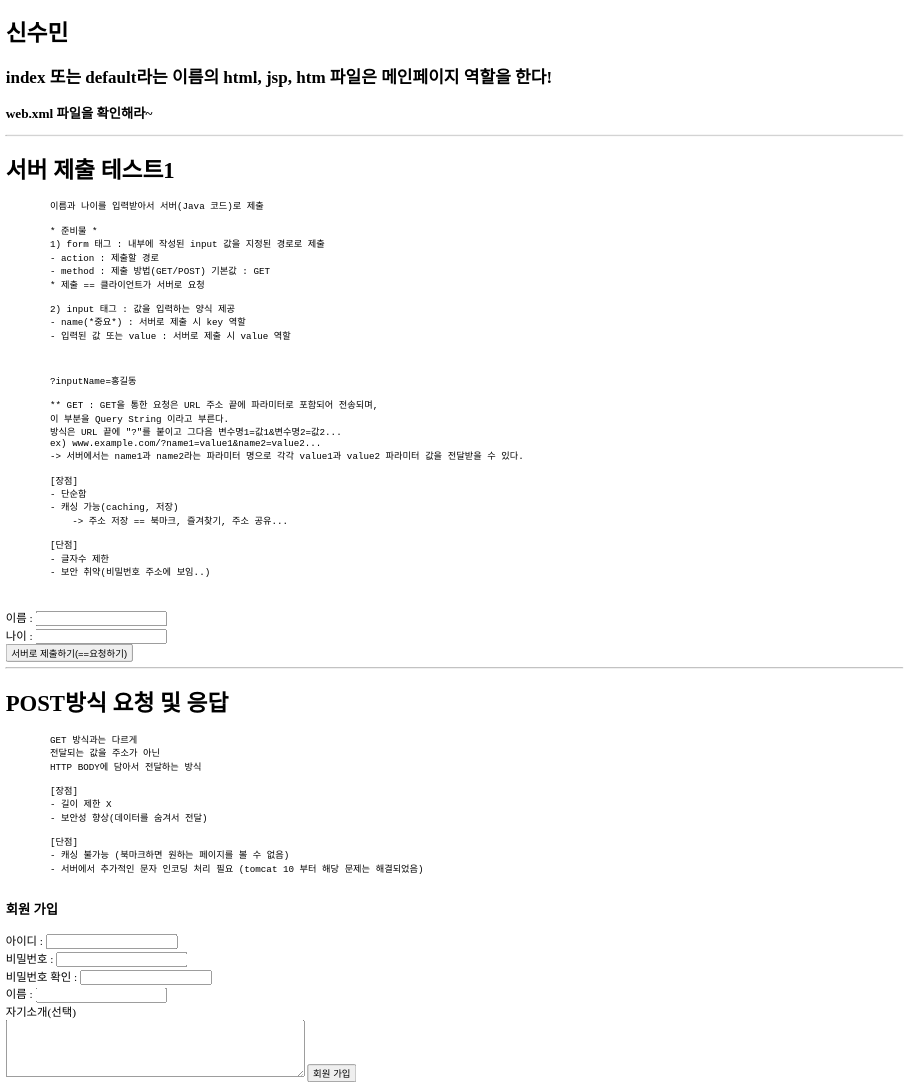
Repository: Soowagger/05_Server
Page: ServletProject/src/main/webapp/index.html
The author's editor kept a copy of each file at every save. The page is drawn from the files as they stood at one save, then again after the next save.
The browser window is 1280 px wide. The pictures show the whole page, at 71% of full size.

Above is the page before, as saved 2024-03-21 06:59:51.

### ServletProject/src/main/webapp/index.html
<!DOCTYPE html>
<html lang="en">
<head>
    <meta charset="UTF-8">
    <meta name="viewport" content="width=device-width, initial-scale=1.0">
    <title>Servlet 프로젝트</title>
</head>
<body>
    <h1>신수민</h1>
    <h2>index 또는 default라는 이름의 html, jsp, htm 파일은 메인페이지 역할을 한다!</h2>
    <h3>web.xml 파일을 확인해라~</h3>

    <hr>

    <h1>서버 제출 테스트1</h1>
    <pre>
        이름과 나이를 입력받아서 서버(Java 코드)로 제출

        * 준비물 *
        1) form 태그 : 내부에 작성된 input 값을 지정된 경로로 제출
        - action : 제출할 경로
        - method : 제출 방법(GET/POST) 기본값 : GET
        * 제출 == 클라이언트가 서버로 요청

        2) input 태그 : 값을 입력하는 양식 제공
        - name(*중요*) : 서버로 제출 시 key 역할
        - 입력된 값 또는 value : 서버로 제출 시 value 역할

        <!-- <input name="inputName" value="홍길동"> -->

        ?inputName=홍길동

        ** GET : GET을 통한 요청은 URL 주소 끝에 파라미터로 포함되어 전송되며,
        이 부분을 Query String 이라고 부른다.
        방식은 URL 끝에 "?"를 붙이고 그다음 변수명1=값1&변수명2=값2...
        ex) www.example.com/?name1=value1&name2=value2...
        -> 서버에서는 name1과 name2라는 파라미터 명으로 각각 value1과 value2 파라미터 값을 전달받을 수 있다.

        [장점]
        - 단순함
        - 캐싱 가능(caching, 저장)
            -> 주소 저장 == 북마크, 즐겨찾기, 주소 공유...

        [단점]
        - 글자수 제한
        - 보안 취약(비밀번호 주소에 보임..)

    </pre>

    <form action="/example1" method="get">
        이름 : <input name="inputName">
        <br>
        나이 : <input type="number" name="inputAge">
        <br>
        <button>서버로 제출하기(==요청하기)</button>

    </form>

    <hr>

    <h1>POST방식 요청 및 응답</h1>
    <pre>
        GET 방식과는 다르게
        전달되는 값을 주소가 아닌
        HTTP BODY에 담아서 전달하는 방식

        [장점]
        - 길이 제한 X
        - 보안성 향상(데이터를 숨겨서 전달)

        [단점]
        - 캐싱 불가능 (북마크하면 원하는 페이지를 볼 수 없음)
        - 서버에서 추가적인 문자 인코딩 처리 필요 (tomcat 10 부터 해당 문제는 해결되었음)
    </pre>

    <h3>회원 가입</h3>

    <form action="/signUp" method="post">
        아이디 : <input type="text" name="inputId" required> <br>
        비밀번호 : <input type="password" name="inputPw" required> <br>
        비밀번호 확인 : <input type="password" required> <br>
        이름 : <input name="inputName" required> <br>

        자기소개(선택) <br>
        <textarea name="intro" cols="50" rows="5"></textarea>

        <button>회원 가입</button>
    </form>


</body>
</html>

After the next save:
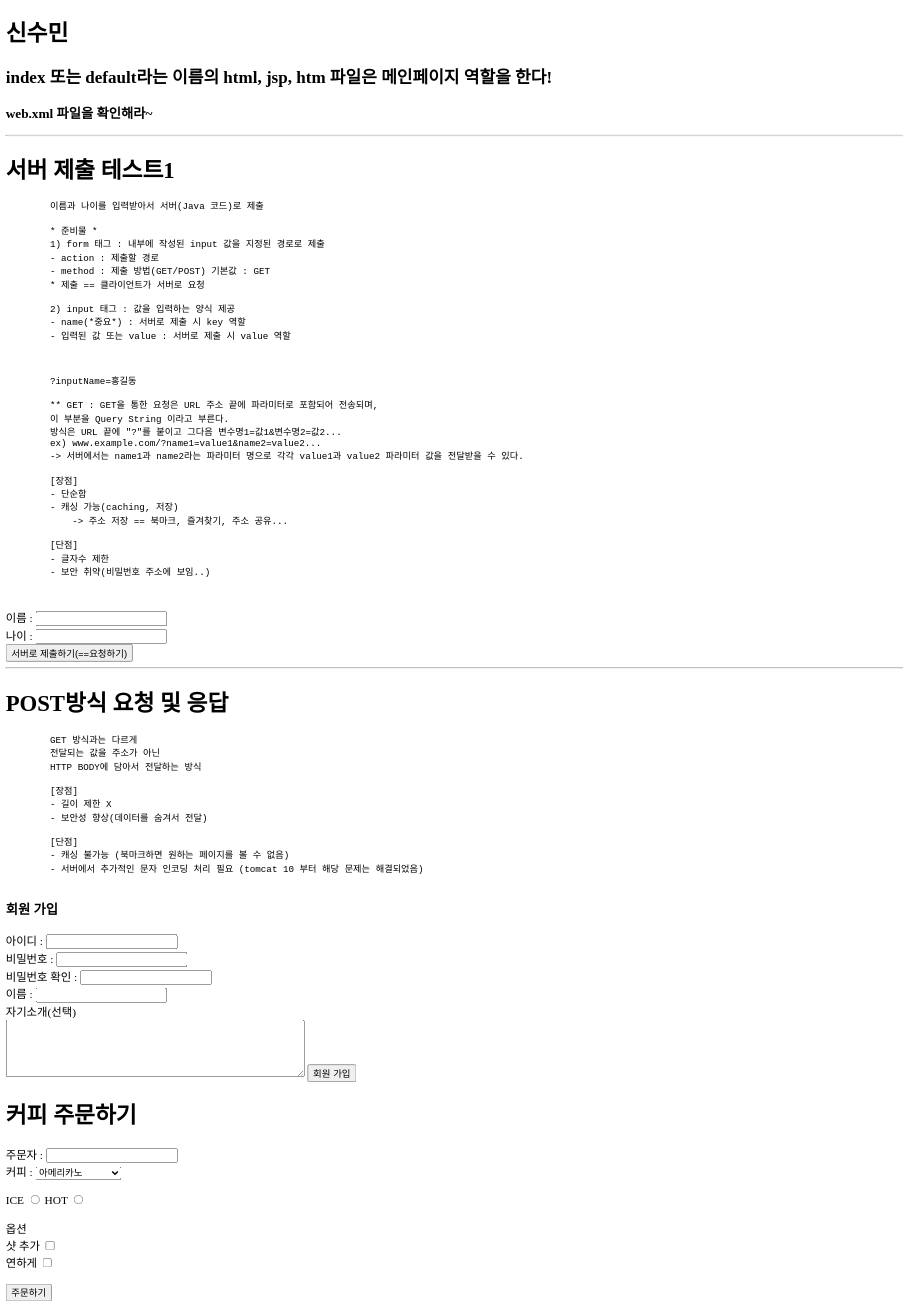
Saved 83 s later.
--- a/ServletProject/src/main/webapp/index.html
+++ b/ServletProject/src/main/webapp/index.html
@@ -87,6 +87,34 @@
         <button>회원 가입</button>
     </form>
 
+    <h1>커피 주문하기</h1>
+
+    <form action="/coffee" method="get">
+        주문자 : <input name="orderer">
+        <br>
+
+        커피 : <select name="coffee">
+                <option>아메리카노</option>
+                <option>카페라떼</option>
+                <option>카푸치노</option>
+                <option>콜드브루</option>
+                <option>민트초코칩프라페</option>
+            </select>
+
+        <br><br>
+        ICE <input type="radio" name="type" value="ice">
+        HOT <input type="radio" name="type" value="hot">
+
+        <br><br>
+        옵션 <br>
+        샷 추가 <input type="checkbox" name="opt" value="shot"> <br>
+        연하게 <input type="checkbox" name="opt" value="mild">
+
+        <br><br>
+        <button>주문하기</button>
+
+    </form>
+
 
 </body>
 </html>
